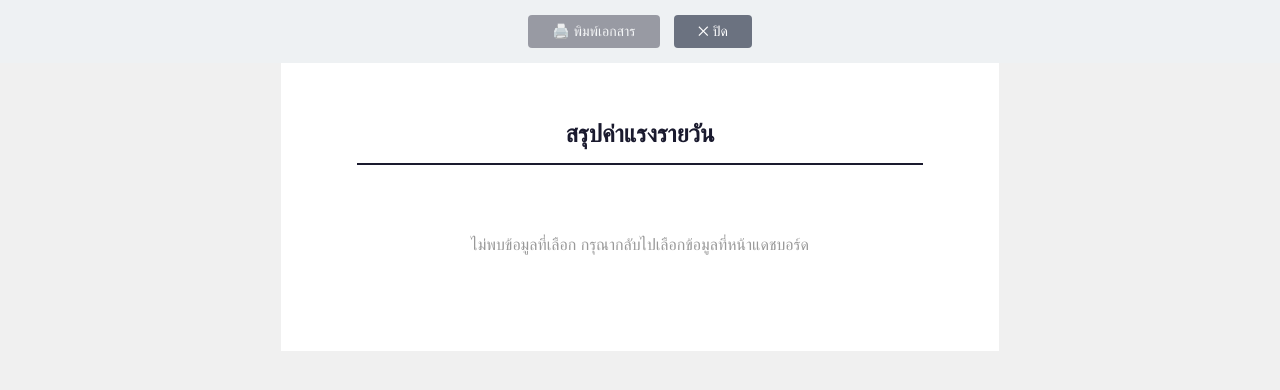
Repository: Artimis2nd/Web-Work
Page: summary-print.html
These files come from the project's save history. The page is drawn as it stood at one moment and after the next save; the edit follows.
The browser window is 1280 px wide. The pictures show the whole page.

Above is the page before, as saved 2026-07-21 17:44:02.

### summary-print.html
<!DOCTYPE html>
<html lang="th">
<head>
<meta charset="UTF-8">
<meta name="viewport" content="width=device-width, initial-scale=1.0">
<title>พิมพ์สรุปค่าแรง</title>
<style>
  /* ===== Reset & Base ===== */
  * { box-sizing: border-box; }
  body {
    font-family: 'Sarabun', 'Sarabun PSK', 'TH Sarabun New', Tahoma, sans-serif;
    background: #f0f0f0;
    color: #1a1a2e;
    padding: 0;
    margin: 0;
  }

  .print-wrapper {
    max-width: 190mm;
    margin: 0 auto;
    background: white;
    padding: 15mm 20mm;
  }

  /* ===== Print Header ===== */
  .print-header {
    text-align: center;
    font-size: 18pt;
    font-weight: 700;
    margin-bottom: 8mm;
    padding-bottom: 4mm;
    border-bottom: 2px solid #1a1a2e;
  }

  /* ===== Card ===== */
  .print-card {
    page-break-inside: avoid;
    page-break-before: always;
    border: 1.5px solid #333;
    padding: 8mm 8mm 6mm;
    border-radius: 3px;
    margin-bottom: 5mm;
    min-height: 80mm;
  }
  .print-card:first-child { page-break-before: avoid; }
  .print-card.has-break { page-break-after: always; }

  .print-card .card-header {
    margin-bottom: 6mm;
    padding-bottom: 3mm;
    border-bottom: 2px solid #1a1a2e;
  }
  .print-card .card-header .row {
    font-size: 12pt;
    line-height: 1.8;
    margin-bottom: 1mm;
  }
  .print-card .card-header .row .label {
    font-weight: 600;
  }
  .print-card .card-header .row .sep {
    display: inline-block;
    width: 15px;
  }

  .print-card .card-workers {
    font-size: 11pt;
    line-height: 1.7;
    margin-bottom: 5mm;
  }
  .print-card .card-workers .worker-item {
    padding: 1px 0;
  }

  .print-card .card-footer {
    border-top: 2px solid #1a1a2e;
    padding-top: 3mm;
    text-align: right;
  }
  .print-card .card-footer .sub-row {
    font-size: 11pt;
    font-weight: 400;
    color: #1a1a2e;
    line-height: 1.6;
  }
  .print-card .card-footer .total-row {
    font-size: 13pt;
    font-weight: 700;
    color: #dc2626;
    line-height: 1.8;
    margin-top: 1mm;
    padding-top: 1mm;
    border-top: 1px dashed #999;
  }

  /* ===== Images ===== */
  .image-section {
    page-break-before: always;
    margin-top: 0;
  }
  .image-page {
    page-break-inside: avoid;
    page-break-before: always;
    margin-bottom: 5mm;
  }
  .image-page:first-child { page-break-before: avoid; }

  .image-grid {
    display: grid;
    grid-template-columns: 1fr 1fr;
    gap: 5mm;
  }
  .image-grid .img-cell {
    break-inside: avoid;
    page-break-inside: avoid;
    text-align: center;
    margin-bottom: 3mm;
  }
  .image-grid .img-cell img {
    width: 100%;
    height: auto;
    border: 1px solid #ccc;
    border-radius: 2px;
  }
  .image-grid .img-cell .img-date {
    font-size: 9pt;
    color: #555;
    margin-top: 2mm;
  }

  /* ===== Print ===== */
  @page {
    size: A4 portrait;
    margin: 0;
  }
  @media print {
    body {
      background: white;
      -webkit-print-color-adjust: exact;
      print-color-adjust: exact;
    }
    .print-wrapper {
      padding: 15mm 20mm;
      max-width: 100%;
      box-shadow: none;
    }
    .no-print { display: none !important; }
    .print-card { border-color: #333; }
  }

  /* ===== Buttons ===== */
  .btn-print {
    display: inline-block;
    padding: 8px 24px;
    background: #1a1a2e;
    color: white;
    border: none;
    border-radius: 4px;
    font-size: 14px;
    cursor: pointer;
    margin: 5px;
  }
  .btn-print:hover { background: #16213e; }
  .btn-print:disabled { opacity: 0.4; cursor: not-allowed; }
</style>
</head>
<body>
<div class="no-print" style="text-align:center;padding:10px;background:#eef1f3;">
  <button id="print-btn" class="btn-print" disabled>🖨️ พิมพ์เอกสาร</button>
  <button class="btn-print" style="background:#6b7280;" onclick="window.close()">✕ ปิด</button>
</div>
<div id="print-content" class="print-wrapper">
  <div class="print-header">สรุปค่าแรงรายวัน</div>
  <div id="cards-container"></div>
  <div id="images-container" class="image-section"></div>
</div>

<script src="assets/js/config.js"></script>
<script src="assets/js/api.js"></script>
<script src="assets/js/utils.js"></script>
<script src="assets/js/pages/summary-print.js"></script>
</body>
</html>

### assets/js/config.js
/**
 * ตั้งค่า URL ของ Google Apps Script Web App ที่นี่
 * หลังจาก Deploy Web App แล้ว ให้นำ URL ที่ได้ (ลงท้ายด้วย /exec) มาวางแทนค่าด้านล่าง
 */
window.API_URL = 'https://script.google.com/macros/s/AKfycbyyXY_YjBvFi9lMIIbMjmkdoYzpeusf_W97DfdqgGDmp-2ctgk91iVhUHt_Y6VvIAqVZg/exec';

### assets/js/api.js
/**
 * โมดูลกลางสำหรับเรียก Google Apps Script Web App
 * ใช้ Content-Type: text/plain เพื่อให้ browser ส่งเป็น "simple request"
 * (หลีกเลี่ยงปัญหา CORS preflight ที่ Apps Script ไม่รองรับ)
 */
const Api = (() => {
  async function call(action, payload = {}) {
    if (!window.API_URL || window.API_URL.includes('YOUR_DEPLOYMENT_ID')) {
      throw new Error('ยังไม่ได้ตั้งค่า API_URL — กรุณาแก้ไขไฟล์ assets/js/config.js');
    }

    let response;
    try {
      response = await fetch(window.API_URL, {
        method: 'POST',
        headers: { 'Content-Type': 'text/plain;charset=utf-8' },
        body: JSON.stringify({ action, payload })
      });
    } catch (networkErr) {
      throw new Error('เชื่อมต่อเซิร์ฟเวอร์ไม่สำเร็จ กรุณาตรวจสอบอินเทอร์เน็ตหรือ API_URL');
    }

    if (!response.ok) {
      throw new Error('เซิร์ฟเวอร์ตอบกลับผิดพลาด (HTTP ' + response.status + ')');
    }

    let json;
    try {
      json = await response.json();
    } catch (parseErr) {
      throw new Error('รูปแบบข้อมูลที่ได้รับไม่ถูกต้อง');
    }

    if (!json.ok) {
      throw new Error(json.error || 'เกิดข้อผิดพลาดที่ไม่ทราบสาเหตุ');
    }

    return json.data;
  }

  return {
    getDashboard: () => call('getDashboard'),
    getWorkers: () => call('getWorkers'),
    addWorker: (payload) => call('addWorker', payload),
    updateWorker: (payload) => call('updateWorker', payload),
    deleteWorker: (payload) => call('deleteWorker', payload),
    getLogs: (payload) => call('getLogs', payload),
    addLogs: (payload) => call('addLogs', payload),
    deleteLogGroup: (payload) => call('deleteLogGroup', payload),
    getReport: (payload) => call('getReport', payload),
    getPivotReport: (payload) => call('getPivotReport', payload),
    // === ฟังก์ชันใหม่สำหรับระบบใบงาน v2 ===
    getLogGroup: (payload) => call('getLogGroup', payload),
    updateLogGroup: (payload) => call('updateLogGroup', payload),
    getSiteHistory: () => call('getSiteHistory'),
    getRequesterHistory: () => call('getRequesterHistory')
  };
})();

### assets/js/utils.js
/**
 * ฟังก์ชันช่วยเหลือที่ใช้ร่วมกันทุกหน้า: จัดรูปแบบตัวเลข/วันที่, Toast, Layout, Loading, Error
 */
const Utils = (() => {
  const APP_VERSION = '2.3';
  const THB = new Intl.NumberFormat('th-TH', { minimumFractionDigits: 2, maximumFractionDigits: 2 });
  const THB_INT = new Intl.NumberFormat('th-TH', { minimumFractionDigits: 0, maximumFractionDigits: 0 });

  function money(n) {
    return THB.format(Number(n) || 0);
  }

  function smartMoney(n) {
    const num = Number(n) || 0;
    if (num % 1 === 0) {
      return THB_INT.format(num);
    }
    return THB.format(num);
  }


  function formatDate(d) {
    if (!d) return '-';
    const date = new Date(d);
    if (isNaN(date.getTime())) return String(d);
    return date.toLocaleDateString('th-TH', { year: '2-digit', month: '2-digit', day: 'numeric' });
  }

  function toInputDate(d) {
    const date = d ? new Date(d) : new Date();
    if (isNaN(date.getTime())) return '';
    const pad = (n) => String(n).padStart(2, '0');
    return `${date.getFullYear()}-${pad(date.getMonth() + 1)}-${pad(date.getDate())}`;
  }

  /**
   * Converts a Date object or a date string to a 'YYYY-MM-DD' string suitable for APIs.
   * This is safer than toISOString() as it avoids timezone issues.
   * @param {Date | string | null} d The date to convert.
   * @returns {string | null} The formatted date string or null.
   */
  function toApiDate(d) {
    if (!d) return null;
    const date = new Date(d);
    return !isNaN(date.getTime()) ? toInputDate(date) : null;
  }

  function toast(message, type = 'info') {
    const container = document.getElementById('toast-container');
    if (!container) return;
    const el = document.createElement('div');
    el.className = `toast toast-${type}`;
    el.textContent = message;
    container.appendChild(el);
    setTimeout(() => {
      el.style.transition = 'opacity 0.25s ease';
      el.style.opacity = '0';
      setTimeout(() => el.remove(), 250);
    }, 3200);
  }

  function skeletonRows(count, cols) {
    let html = '';
    for (let i = 0; i < count; i++) {
      html += '<tr>';
      for (let c = 0; c < cols; c++) {
        html += `<td><div class="skeleton" style="height:14px;width:${60 + (c * 13) % 80}%"></div></td>`;
      }
      html += '</tr>';
    }
    return html;
  }

  function errorBanner(message, onRetry) {
    const div = document.createElement('div');
    div.className = 'error-banner';
    div.innerHTML = `
      <span>&#9888;</span>
      <div class="flex-1">
        <div class="font-semibold">เชื่อมต่อไม่สำเร็จ</div>
        <div>${escapeHtml(message)}</div>
      </div>
    `;
    if (onRetry) {
      const btn = document.createElement('button');
      btn.className = 'btn btn-outline btn-sm';
      btn.textContent = 'ลองใหม่';
      btn.onclick = onRetry;
      div.appendChild(btn);
    }
    return div;
  }

  function escapeHtml(str) {
    const d = document.createElement('div');
    d.textContent = String(str);
    return d.innerHTML;
  }

  const NAV_ITEMS = [
    { href: 'index.html', label: 'แดชบอร์ด', icon: '&#128202;' },
    { href: 'daily-log.html', label: 'บันทึกงานประจำวัน', icon: '&#128221;' },
    { href: 'report.html', label: 'สรุปรายบุคคล', icon: '&#128100;' },
    { href: 'pivot-report.html', label: 'สรุปรายวัน/ไซต์งาน', icon: '&#128203;' },
    { href: 'workers.html', label: 'จัดการคนงาน', icon: '&#128119;' }
  ];

  function renderShell(activePage, pageTitle) {
    const navHtml = NAV_ITEMS.map(item => `
      <a href="${item.href}" class="nav-tab ${item.href === activePage ? 'active' : ''}">
        <span>${item.icon}</span><span>${item.label}</span>
      </a>
    `).join('');

    document.getElementById('app-shell').innerHTML = `
      <div class="flex min-h-screen">
        <aside class="sidebar w-64 shrink-0 hidden md:flex flex-col p-4 gap-1">
          <div class="brand text-lg text-white px-2 pb-4 pt-2 flex items-center gap-2">
            <span style="color:var(--amber)">&#128736;</span>
            <span>SITE LEDGER</span>
          </div>
          ${navHtml}
          <div class="mt-auto px-2 pt-4 text-xs" style="color:#6B7684">ระบบคิดค่าแรงคนงาน<br>v${APP_VERSION}</div>
        </aside>

        <div class="flex-1 min-w-0 flex flex-col">
          <header class="md:hidden sidebar flex items-center justify-between px-4 py-3">
            <div class="brand text-white text-base flex items-center gap-2">
              <span style="color:var(--amber)">&#128736;</span> SITE LEDGER
            </div>
            <button id="mobile-nav-toggle" class="text-white text-xl px-2">&#9776;</button>
          </header>
          <nav id="mobile-nav" class="md:hidden hidden sidebar flex flex-col p-3 gap-1 border-t border-white/10">
            ${navHtml}
          </nav>

          <main class="flex-1 p-4 md:p-8 max-w-7xl w-full mx-auto">
            <div class="mb-6 flex items-center justify-between gap-4">
              <h1 class="font-display text-2xl md:text-3xl font-semibold" style="color:var(--ink)">${pageTitle}</h1>
              <div id="status-badge" class="status-badge status-loading">
                <span class="status-progress-label">⏳ 0%</span>
                <div class="status-progress-track"><div id="status-progress-fill" class="status-progress-fill" style="width:0%"></div></div>
              </div>
            </div>
            <div id="page-content"></div>
          </main>
        </div>
      </div>
      <div id="toast-container"></div>
    `;

    const toggle = document.getElementById('mobile-nav-toggle');
    if (toggle) {
      toggle.addEventListener('click', () => {
        document.getElementById('mobile-nav').classList.toggle('hidden');
      });
    }

    // ตรวจสอบสถานะเชื่อมต่อหลังจาก DOM พร้อม
    setTimeout(checkStatus, 300);
  }

  /**
   * ตรวจสอบสถานะการเชื่อมต่อกับ Google Sheets ผ่าน API
   * แสดง progress bar 0%→100% แบบสมจริง + Online/Offline
   */
  async function checkStatus() {
    const badge = document.getElementById('status-badge');
    if (!badge) return;

    const label = badge.querySelector('.status-progress-label');
    const fill = document.getElementById('status-progress-fill');
    if (!label || !fill) return;

    // เริ่ม progress animation
    let pct = 0;
    badge.className = 'status-badge status-loading';

    const interval = setInterval(() => {
      // 0→60% เร็ว (4.5วิแรก) 60→85% ช้าลง
      if (pct < 60) pct += 2;
      else if (pct < 85) pct += 0.8;
      if (pct > 85) pct = Math.min(pct, 85);
      fill.style.width = pct + '%';
      label.textContent = '⏳ ' + Math.floor(pct) + '%';
    }, 150);

    // ยิง API จริง
    try {
      await Api.getWorkers();
      clearInterval(interval);
      // พุ่ง 100% เร็วๆ
      pct = 100;
      fill.style.width = '100%';
      label.textContent = '✅ 100%';
      // delay สั้นให้เห็น 100% ก่อนเปลี่ยน
      await new Promise(r => setTimeout(r, 200));
      badge.className = 'status-badge status-online';
      badge.innerHTML = '🟢 Online v' + APP_VERSION;
    } catch (e) {
      clearInterval(interval);
      pct = 100;
      fill.style.width = '100%';
      label.textContent = '❌ 100%';
      await new Promise(r => setTimeout(r, 200));
      badge.className = 'status-badge status-offline';
      badge.innerHTML = '🔴 Offline v' + APP_VERSION;
    }
  }

  /**
   * บีบอัดรูปภาพด้วย Canvas — resize + ลด quality
   * @param {File} file - ไฟล์รูปจาก input
   * @param {number} maxWidth - ความกว้างสูงสุด (default 1000px)
   * @param {number} quality - คุณภาพ JPEG 0-1 (default 0.7)
   * @returns {Promise<string>} Base64 string
   */
  function compressImage(file, maxWidth = 1000, quality = 0.7) {
    return new Promise((resolve, reject) => {
      const reader = new FileReader();
      reader.onload = (e) => {
        const img = new Image();
        img.onload = () => {
          const canvas = document.createElement('canvas');
          let w = img.width;
          let h = img.height;
          if (w > maxWidth) {
            h = (maxWidth / w) * h;
            w = maxWidth;
          }
          canvas.width = w;
          canvas.height = h;
          const ctx = canvas.getContext('2d');
          ctx.drawImage(img, 0, 0, w, h);
          resolve(canvas.toDataURL('image/jpeg', quality));
        };
        img.onerror = () => reject(new Error('ไม่สามารถโหลดรูปภาพได้'));
        img.src = e.target.result;
      };
      reader.onerror = () => reject(new Error('ไม่สามารถอ่านไฟล์รูปภาพได้'));
      reader.readAsDataURL(file);
    });
  }

  /**
   * แสดง Progress bar บนปุ่มสำหรับ action ที่ใช้เวลานาน
   * @param {HTMLElement} button - element ของปุ่ม
   * @param {Promise} actionPromise - Promise ของ action ที่กำลังทำงาน
   * @param {string} initialText - ข้อความเริ่มต้น (เช่น 'กำลังบันทึก...')
   * @param {string} successText - ข้อความเมื่อสำเร็จ
   */
  async function animateProgress(button, actionPromise, initialText, successText) {
    const originalContent = button.innerHTML;
    button.disabled = true;
    button.innerHTML = `
      <div class="progress-button-content">
        <span class="progress-label">${initialText}</span>
        <div class="progress-track"><div class="progress-fill"></div></div>
      </div>
    `;

    const label = button.querySelector('.progress-label');
    const fill = button.querySelector('.progress-fill');
    let pct = 0;

    const interval = setInterval(() => {
      if (pct < 60) pct += 2;
      else if (pct < 90) pct += 0.5;
      fill.style.width = `${pct}%`;
      label.textContent = `${initialText} (${Math.floor(pct)}%)`;
    }, 120);

    try {
      await actionPromise;
      clearInterval(interval);
      fill.style.width = '100%';
      label.textContent = successText;
      button.classList.add('progress-success');
    } catch (error) {
      clearInterval(interval);
      button.innerHTML = originalContent;
      button.disabled = false;
      throw error; // Re-throw the error to be caught by the caller
    }
  }

  return { money, smartMoney, formatDate, toInputDate, toApiDate, toast, skeletonRows, errorBanner, escapeHtml, renderShell, compressImage, animateProgress };
})();

### assets/js/pages/summary-print.js
(() => {
  const container = document.getElementById('cards-container');
  const imagesContainer = document.getElementById('images-container');

  function formatDateForPrint(d) {
    if (!d) return '-';
    const date = new Date(d);
    if (isNaN(date.getTime())) return String(d);
    const months = ['ม.ค.', 'ก.พ.', 'มี.ค.', 'เม.ย.', 'พ.ค.', 'มิ.ย.', 'ก.ค.', 'ส.ค.', 'ก.ย.', 'ต.ค.', 'พ.ย.', 'ธ.ค.'];
    const day = date.getDate();
    const month = months[date.getMonth()];
    const year = (date.getFullYear() + 543).toString().slice(-2);
    return `${day} ${month} ${year}`;
  }

  function formatWage(n) {
    return Number(n || 0).toLocaleString();
  }

  function formatWorkerLine(w) {
    const name = w.workerName || '(ไม่ระบุ)';
    const wageType = w.wageType || 'hourly';
    const hours = Number(w.hours) || 0;
    const otHours = Number(w.otHours) || 0;
    const fixedAmount = Number(w.fixedAmount) || 0;
    // ใช้ RawWage/TotalWithMarkup จาก API โดยตรง
    const rawWage = Number(w.RawWage || w.rawWage || 0);
    const totalWage = Number(w.TotalWithMarkup || w.totalWithMarkup || rawWage);

    let detail = '';
    let wageDisplay = 0;

    if (wageType === 'fixed') {
      detail = 'เหมา';
      wageDisplay = fixedAmount || rawWage;
    } else {
      const parts = [];
      if (hours > 0) parts.push(`${hours} ชม.`);
      if (otHours > 0) parts.push(`OT ${otHours} ชม.`);
      if (hours === 0 && otHours === 0) parts.push('0 ชม.');
      detail = parts.join(' ');
      wageDisplay = totalWage;
    }

    return { name, detail, wageDisplay };
  }

  function calcSubTotals(workers) {
    let totalRaw = 0;
    let totalNormalOt = 0;
    let totalFixed = 0;

    (workers || []).forEach(w => {
      const rawWage = Number(w.RawWage || w.rawWage || 0);
      totalRaw += rawWage;

      if (w.wageType === 'fixed') {
        totalFixed += Number(w.fixedAmount || w.FixedAmount || rawWage);
      } else {
        totalNormalOt += Number(w.TotalWithMarkup || w.totalWithMarkup || rawWage);
      }
    });

    return { totalRaw, totalNormalOt, totalFixed, grandTotal: totalNormalOt + totalFixed };
  }

  function renderCard(group, index, totalCards) {
    const dateStr = formatDateForPrint(group.date);
    const site = group.site || '(ไม่ระบุโครงการ)';
    const requestedBy = group.requestedBy || '(ไม่ระบุ)';
    const workers = group.workers || [];
    const { totalRaw, totalNormalOt, totalFixed, grandTotal } = calcSubTotals(workers);

    let workersHtml = '';
    (workers || []).forEach(w => {
      const info = formatWorkerLine(w);
      workersHtml += `
        <div class="worker-item">
          - ${info.name} จำนวน ${info.detail} ค่าแรงวันนี้ ${formatWage(info.wageDisplay)} บาท
        </div>
      `;
    });

    const isLast = index === totalCards - 1;

    return `
      <div class="print-card${!isLast ? ' has-break' : ''}">
        <div class="card-header">
          <div class="row">
            <span class="label">วันที่ :</span>${dateStr}
            <span class="sep"></span>
            <span class="label">โครงการ :</span>${Utils.escapeHtml(site)}
            <span class="sep"></span>
            <span class="label">ผู้สั่งงาน :</span>${Utils.escapeHtml(requestedBy)}
          </div>
          <div class="row">
            <span class="label">รายละเอียดงาน :</span>${Utils.escapeHtml(group.jobDetail || '(ไม่ระบุ)')}
          </div>
        </div>
        <div class="card-workers">
          ${workersHtml || '<div class="worker-item" style="color:#999;">ไม่มีข้อมูลคนงาน</div>'}
        </div>
        <div class="card-footer">
          <div class="sub-row">รวมค่าแรงดิบ : ${formatWage(totalRaw)} บาท</div>
          <div class="sub-row">รวมค่าแรงปกติ+OT (รวม +20%) : ${formatWage(totalNormalOt)} บาท</div>
          <div class="sub-row">รวมค่าแรงเหมา (ไม่มี +20%) : ${formatWage(totalFixed)} บาท</div>
          <div class="total-row">รวมค่าแรงวันนี้ : ${formatWage(grandTotal)} บาท</div>
        </div>
      </div>
    `;
  }

  function renderImages(allGroups) {
    const imageEntries = [];
    allGroups.forEach(group => {
      const urls = group.imageUrls || [];
      urls.forEach(url => {
        imageEntries.push({
          url: url,
          date: group.date,
          dateStr: formatDateForPrint(group.date)
        });
      });
    });

    if (imageEntries.length === 0) {
      imagesContainer.innerHTML = '';
      return;
    }

    // Sort by date ascending
    imageEntries.sort((a, b) => {
      const da = a.date ? new Date(a.date).getTime() : 0;
      const db = b.date ? new Date(b.date).getTime() : 0;
      return da - db;
    });

    // Group into pages of 12 (2 columns × 6 rows)
    const IMAGES_PER_PAGE = 12;
    let html = '';

    for (let pageIdx = 0; pageIdx < imageEntries.length; pageIdx += IMAGES_PER_PAGE) {
      const pageItems = imageEntries.slice(pageIdx, pageIdx + IMAGES_PER_PAGE);
      html += `<div class="image-page${pageIdx > 0 ? '' : ''}">`;
      html += `<div class="image-grid">`;
      pageItems.forEach(item => {
        html += `
          <div class="img-cell">
            <img src="${Utils.escapeHtml(item.url)}" alt="รูปภาพ ${item.dateStr}" loading="lazy">
            <div class="img-date">📅 ${item.dateStr}</div>
          </div>
        `;
      });
      html += `</div>`;
      html += `</div>`;
    }

    imagesContainer.innerHTML = html;
  }

  async function initialize() {
    let groupIds = [];
    try {
      const stored = sessionStorage.getItem('printGroups');
      if (stored) groupIds = JSON.parse(stored);
    } catch (e) {}

    if (!groupIds || groupIds.length === 0) {
      container.innerHTML = '<div style="text-align:center;padding:40px;color:#999;">ไม่พบข้อมูลที่เลือก กรุณากลับไปเลือกข้อมูลที่หน้าแดชบอร์ด</div>';
      return;
    }

    try {
      const groupPromises = groupIds.map(gid => Api.getLogGroup({ groupId: gid }));
      const groupsData = await Promise.all(groupPromises);

      // Sort groups by date ascending
      groupsData.sort((a, b) => {
        const da = a.date ? new Date(a.date).getTime() : 0;
        const db = b.date ? new Date(b.date).getTime() : 0;
        return da - db;
      });

      // Render cards — each card on its own A4 page
      const totalCards = groupsData.length;
      container.innerHTML = groupsData.map((g, i) => renderCard(g, i, totalCards)).join('');

      // Render images — starts on a new page after cards
      renderImages(groupsData);

      // Enable print button after content is ready
      const printBtn = document.getElementById('print-btn');
      if (printBtn) {
        printBtn.disabled = false;
        printBtn.style.opacity = '1';
        printBtn.style.cursor = 'pointer';
      }

    } catch (err) {
      container.innerHTML = `<div style="text-align:center;padding:40px;color:red;">เกิดข้อผิดพลาด: ${Utils.escapeHtml(err.message)}</div>`;
    }
  }

  initialize();
})();

After the next save:
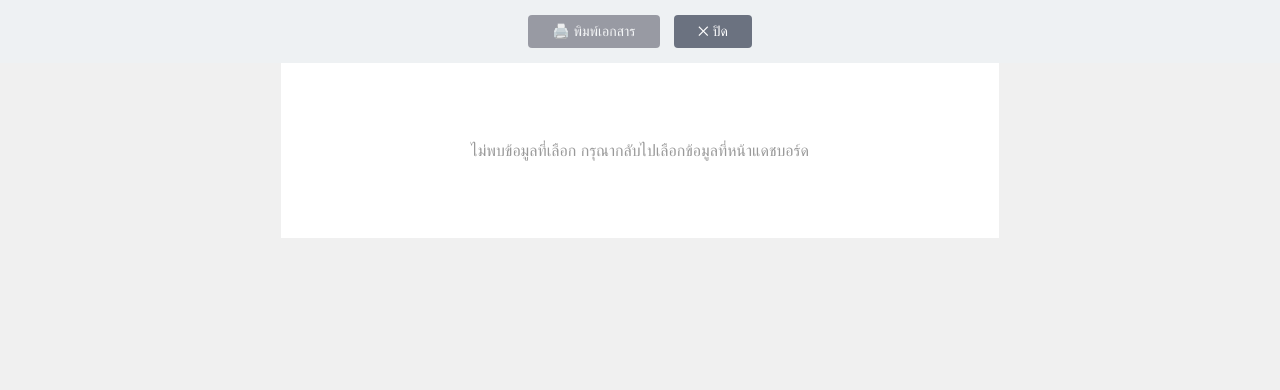
Saved 13 min 1 s later.
--- a/summary-print.html
+++ b/summary-print.html
@@ -19,77 +19,79 @@
     max-width: 190mm;
     margin: 0 auto;
     background: white;
-    padding: 15mm 20mm;
+    padding: 10mm 15mm;
   }
 
-  /* ===== Print Header ===== */
-  .print-header {
-    text-align: center;
-    font-size: 18pt;
-    font-weight: 700;
-    margin-bottom: 8mm;
-    padding-bottom: 4mm;
-    border-bottom: 2px solid #1a1a2e;
+  /* ===== Card Pair (2 cards per page) ===== */
+  .card-pair {
+    page-break-inside: avoid;
+    page-break-before: always;
+    display: flex;
+    flex-direction: column;
+    gap: 4mm;
+    padding: 0;
+  }
+  .card-pair:first-child {
+    page-break-before: avoid;
+  }
+  .card-pair.compact {
+    /* scale down if content overflows */
   }
 
-  /* ===== Card ===== */
   .print-card {
-    page-break-inside: avoid;
-    page-break-before: always;
     border: 1.5px solid #333;
-    padding: 8mm 8mm 6mm;
+    padding: 5mm 6mm 4mm;
     border-radius: 3px;
-    margin-bottom: 5mm;
-    min-height: 80mm;
+    flex: 1;
+    display: flex;
+    flex-direction: column;
   }
-  .print-card:first-child { page-break-before: avoid; }
-  .print-card.has-break { page-break-after: always; }
 
   .print-card .card-header {
-    margin-bottom: 6mm;
-    padding-bottom: 3mm;
-    border-bottom: 2px solid #1a1a2e;
+    margin-bottom: 3mm;
+    padding-bottom: 2mm;
+    border-bottom: 1.5px solid #1a1a2e;
   }
   .print-card .card-header .row {
-    font-size: 12pt;
-    line-height: 1.8;
-    margin-bottom: 1mm;
+    font-size: 10pt;
+    line-height: 1.6;
   }
   .print-card .card-header .row .label {
     font-weight: 600;
   }
   .print-card .card-header .row .sep {
     display: inline-block;
-    width: 15px;
+    width: 12px;
   }
 
   .print-card .card-workers {
-    font-size: 11pt;
-    line-height: 1.7;
-    margin-bottom: 5mm;
+    font-size: 9.5pt;
+    line-height: 1.5;
+    margin-bottom: 3mm;
+    flex: 1;
   }
   .print-card .card-workers .worker-item {
-    padding: 1px 0;
+    padding: 0.5px 0;
   }
 
   .print-card .card-footer {
-    border-top: 2px solid #1a1a2e;
-    padding-top: 3mm;
+    border-top: 1.5px solid #1a1a2e;
+    padding-top: 2mm;
     text-align: right;
   }
   .print-card .card-footer .sub-row {
-    font-size: 11pt;
+    font-size: 9.5pt;
     font-weight: 400;
     color: #1a1a2e;
-    line-height: 1.6;
+    line-height: 1.5;
   }
   .print-card .card-footer .total-row {
-    font-size: 13pt;
+    font-size: 11pt;
     font-weight: 700;
     color: #dc2626;
-    line-height: 1.8;
-    margin-top: 1mm;
-    padding-top: 1mm;
+    line-height: 1.6;
+    margin-top: 0.5mm;
+    padding-top: 0.5mm;
     border-top: 1px dashed #999;
   }
 
@@ -101,31 +103,32 @@
   .image-page {
     page-break-inside: avoid;
     page-break-before: always;
-    margin-bottom: 5mm;
+    margin-bottom: 3mm;
   }
   .image-page:first-child { page-break-before: avoid; }
 
   .image-grid {
     display: grid;
     grid-template-columns: 1fr 1fr;
-    gap: 5mm;
+    gap: 4mm;
   }
   .image-grid .img-cell {
     break-inside: avoid;
     page-break-inside: avoid;
     text-align: center;
-    margin-bottom: 3mm;
   }
   .image-grid .img-cell img {
     width: 100%;
     height: auto;
+    aspect-ratio: 4 / 3;
+    object-fit: fill;
     border: 1px solid #ccc;
     border-radius: 2px;
   }
   .image-grid .img-cell .img-date {
-    font-size: 9pt;
+    font-size: 8pt;
     color: #555;
-    margin-top: 2mm;
+    margin-top: 1mm;
   }
 
   /* ===== Print ===== */
@@ -140,12 +143,11 @@
       print-color-adjust: exact;
     }
     .print-wrapper {
-      padding: 15mm 20mm;
+      padding: 10mm 15mm;
       max-width: 100%;
       box-shadow: none;
     }
     .no-print { display: none !important; }
-    .print-card { border-color: #333; }
   }
 
   /* ===== Buttons ===== */
@@ -170,7 +172,6 @@
   <button class="btn-print" style="background:#6b7280;" onclick="window.close()">✕ ปิด</button>
 </div>
 <div id="print-content" class="print-wrapper">
-  <div class="print-header">สรุปค่าแรงรายวัน</div>
   <div id="cards-container"></div>
   <div id="images-container" class="image-section"></div>
 </div>
